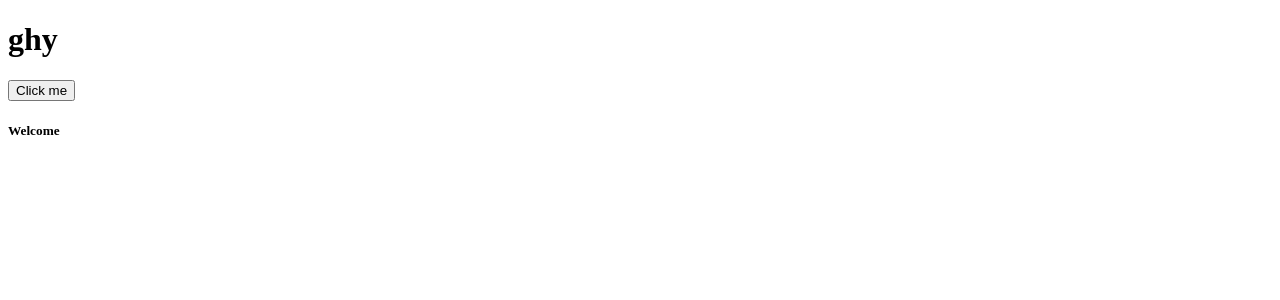
Repository: madhuri777/jdbc
Page: WebPage/WebContent/index.html
An editor plug-in stored every save of this project. The page is shown before and after the next save, followed by the edit.
The browser window is 1280 px wide. The pictures show the whole page.

Above is the page before, as saved 2018-05-22 05:22:18.

### WebPage/WebContent/index.html
<!DOCTYPE html>
<html>
<head>
<meta charset="UTF-8">
<title>Insert title here</title>
</head>
<body>
<form action="/cycle" method="get">
<h1>ghy</h1>
<input type="submit" value="Click me">
</form>
<h5>Welcome</h5>
</body>
</html>

After the next save:
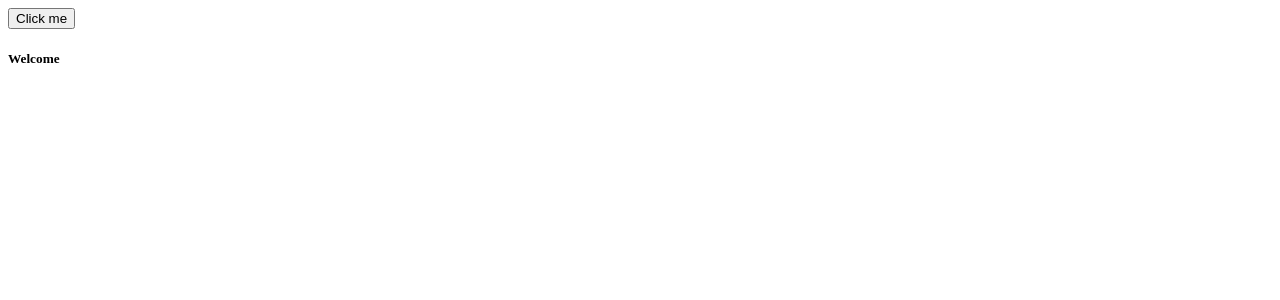
Saved 35 min 24 s later.
--- a/WebPage/WebContent/index.html
+++ b/WebPage/WebContent/index.html
@@ -5,8 +5,7 @@
 <title>Insert title here</title>
 </head>
 <body>
-<form action="/cycle" method="get">
-<h1>ghy</h1>
+<form action="submit" method="get">
 <input type="submit" value="Click me">
 </form>
 <h5>Welcome</h5>
